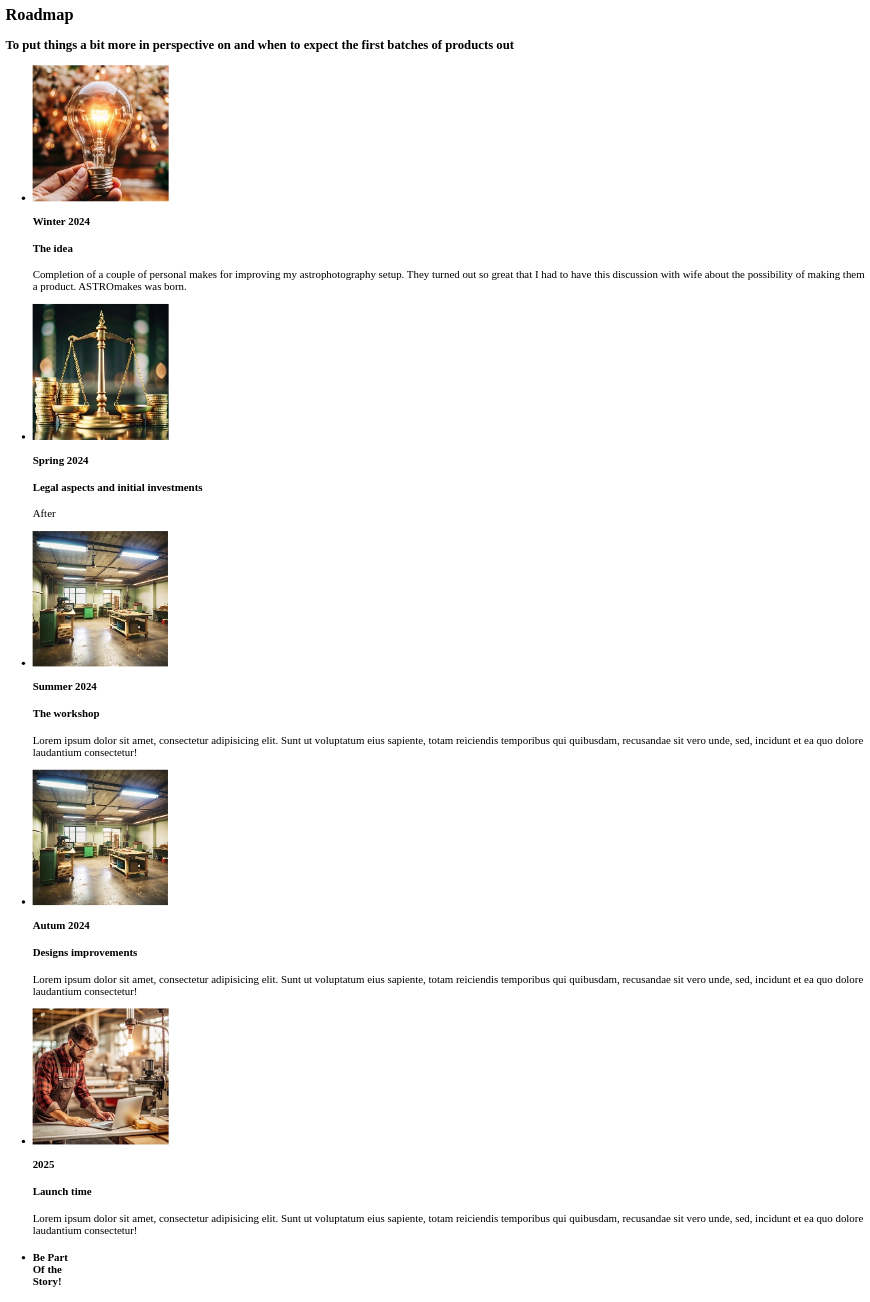
Repository: amazeika/astromakes-landing-page
Page: _includes/roadmap.html
An editor plug-in stored every save of this project. The page is shown before and after the next save, followed by the edit.
The browser window is 1280 px wide. The pictures show the whole page, at 68% of full size.

Above is the page before, as saved 2024-07-20 21:20:00.

### _includes/roadmap.html
<!-- About Section -->
    <section id="roadmap">
        <div class="container">
            <div class="row">
                <div class="col-lg-12 text-center">
                    <h2 class="section-heading">Roadmap</h2>
                    <h3 class="section-subheading text-muted">To put things a bit more in perspective on and when to expect the first batches of products out</h3>
                </div>
            </div>
            <div class="row">
                <div class="col-lg-12">
                    <ul class="timeline">
                        <li>
                            <div class="timeline-image">
                                <img class="img-circle img-responsive" src="img/about/1.jpg" alt="">
                            </div>
                            <div class="timeline-panel">
                                <div class="timeline-heading">
                                    <h4>Winter 2024</h4>
                                    <h4 class="subheading">The idea</h4>
                                </div>
                                <div class="timeline-body">
                                    <p class="text-muted">Completion of a couple of personal makes for improving my astrophotography setup. They turned out so great that I had to have this discussion with wife about the possibility of making them a product. ASTROmakes was born.</p>
                                </div>
                            </div>
                        </li>
                        <li class="timeline-inverted">
                            <div class="timeline-image">
                                <img class="img-circle img-responsive" src="img/about/2.jpg" alt="">
                            </div>
                            <div class="timeline-panel">
                                <div class="timeline-heading">
                                    <h4>Spring 2024</h4>
                                    <h4 class="subheading">Legal aspects and initial investments</h4>
                                </div>
                                <div class="timeline-body">
                                    <p class="text-muted">After </p>
                                </div>
                            </div>
                        </li>
                        <li>
                            <div class="timeline-image">
                                <img class="img-circle img-responsive" src="img/about/3.jpg" alt="">
                            </div>
                            <div class="timeline-panel">
                                <div class="timeline-heading">
                                    <h4>Summer 2024</h4>
                                    <h4 class="subheading">The workshop</h4>
                                </div>
                                <div class="timeline-body">
                                    <p class="text-muted">Lorem ipsum dolor sit amet, consectetur adipisicing elit. Sunt ut voluptatum eius sapiente, totam reiciendis temporibus qui quibusdam, recusandae sit vero unde, sed, incidunt et ea quo dolore laudantium consectetur!</p>
                                </div>
                            </div>
                        </li>
                        <li>
                            <div class="timeline-image">
                                <img class="img-circle img-responsive" src="img/about/3.jpg" alt="">
                            </div>
                            <div class="timeline-panel">
                                <div class="timeline-heading">
                                    <h4>Autum 2024</h4>
                                    <h4 class="subheading">Designs improvements</h4>
                                </div>
                                <div class="timeline-body">
                                    <p class="text-muted">Lorem ipsum dolor sit amet, consectetur adipisicing elit. Sunt ut voluptatum eius sapiente, totam reiciendis temporibus qui quibusdam, recusandae sit vero unde, sed, incidunt et ea quo dolore laudantium consectetur!</p>
                                </div>
                            </div>
                        </li>
                        <li class="timeline-inverted">
                            <div class="timeline-image">
                                <img class="img-circle img-responsive" src="img/about/4.jpg" alt="">
                            </div>
                            <div class="timeline-panel">
                                <div class="timeline-heading">
                                    <h4>2025</h4>
                                    <h4 class="subheading">Launch time</h4>
                                </div>
                                <div class="timeline-body">
                                    <p class="text-muted">Lorem ipsum dolor sit amet, consectetur adipisicing elit. Sunt ut voluptatum eius sapiente, totam reiciendis temporibus qui quibusdam, recusandae sit vero unde, sed, incidunt et ea quo dolore laudantium consectetur!</p>
                                </div>
                            </div>
                        </li>
                        <li class="timeline-inverted">
                            <div class="timeline-image">
                                <h4>Be Part
                                    <br>Of the
                                    <br>Story!</h4>
                            </div>
                        </li>
                    </ul>
                </div>
            </div>
        </div>
    </section>

After the next save:
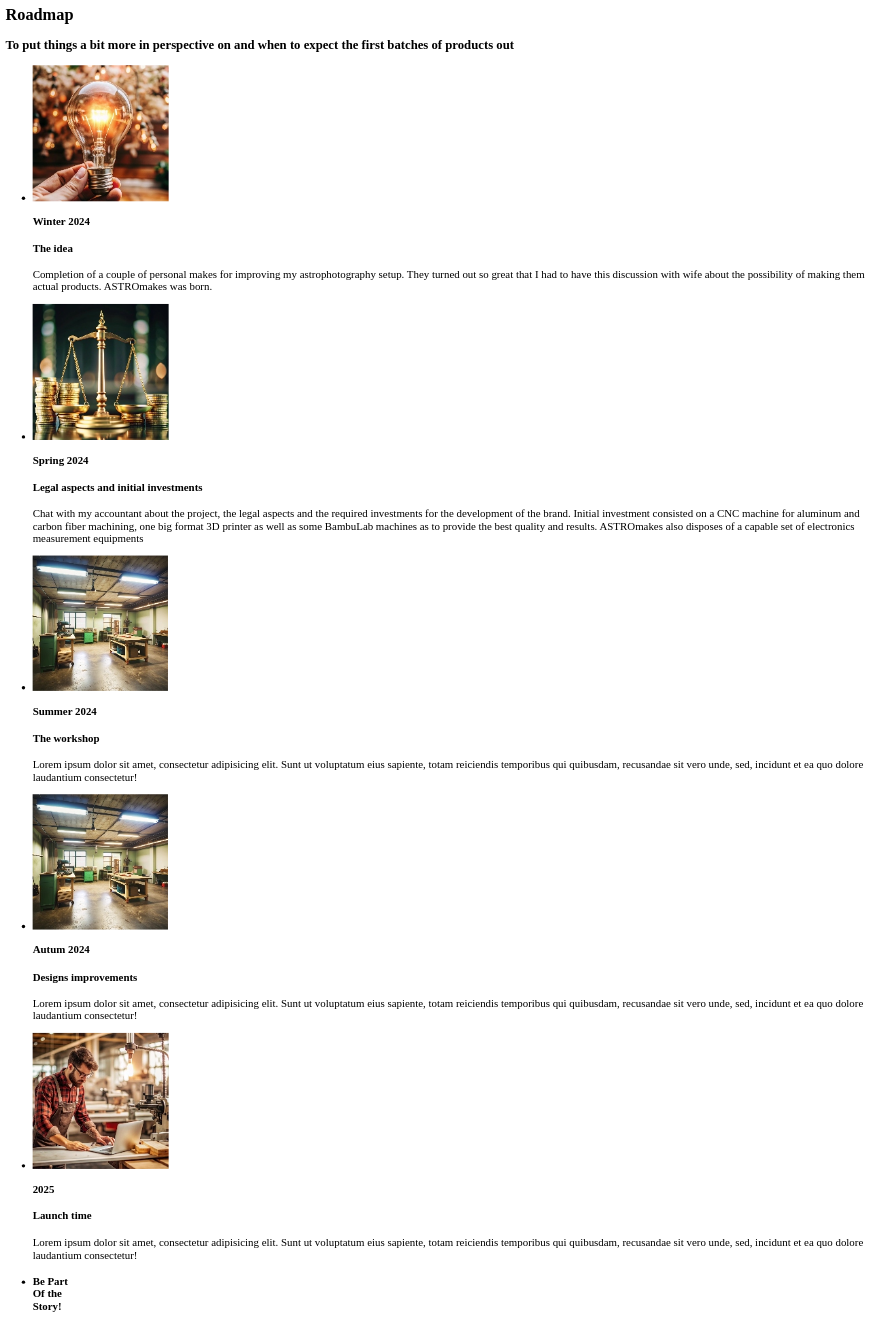
Saved 7 min 0 s later.
--- a/_includes/roadmap.html
+++ b/_includes/roadmap.html
@@ -20,7 +20,7 @@
                                     <h4 class="subheading">The idea</h4>
                                 </div>
                                 <div class="timeline-body">
-                                    <p class="text-muted">Completion of a couple of personal makes for improving my astrophotography setup. They turned out so great that I had to have this discussion with wife about the possibility of making them a product. ASTROmakes was born.</p>
+                                    <p class="text-muted">Completion of a couple of personal makes for improving my astrophotography setup. They turned out so great that I had to have this discussion with wife about the possibility of making them actual products. ASTROmakes was born.</p>
                                 </div>
                             </div>
                         </li>
@@ -34,7 +34,7 @@
                                     <h4 class="subheading">Legal aspects and initial investments</h4>
                                 </div>
                                 <div class="timeline-body">
-                                    <p class="text-muted">After </p>
+                                    <p class="text-muted">Chat with my accountant about the project, the legal aspects and the required investments for the development of the brand. Initial investment consisted on a CNC machine for aluminum and carbon fiber machining, one big format 3D printer as well as some BambuLab machines as to provide the best quality and results. ASTROmakes also disposes of a capable set of electronics measurement equipments  </p>
                                 </div>
                             </div>
                         </li>
